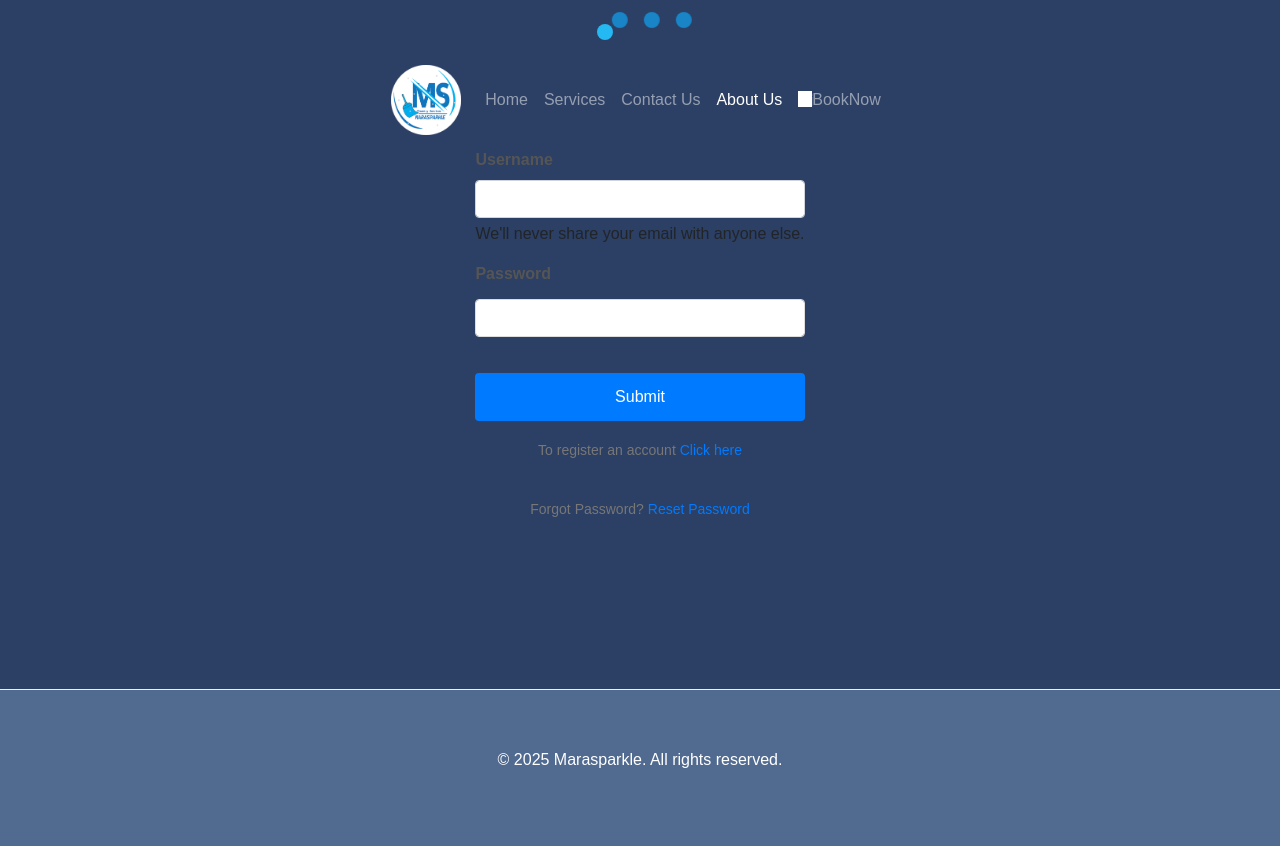
Repository: guineveretim/sparkle
Page: http://localhost/login/
These files come from the project's save history. The page is drawn as it stood at one moment and after the next save; the edit follows.
The browser window is 1280 px wide. The pictures show the whole page.
The page is served by the project's application, run on Django 5.2 (manage.py).

Above is the page before, as saved 2025-03-26 15:00:24.

After the next save:
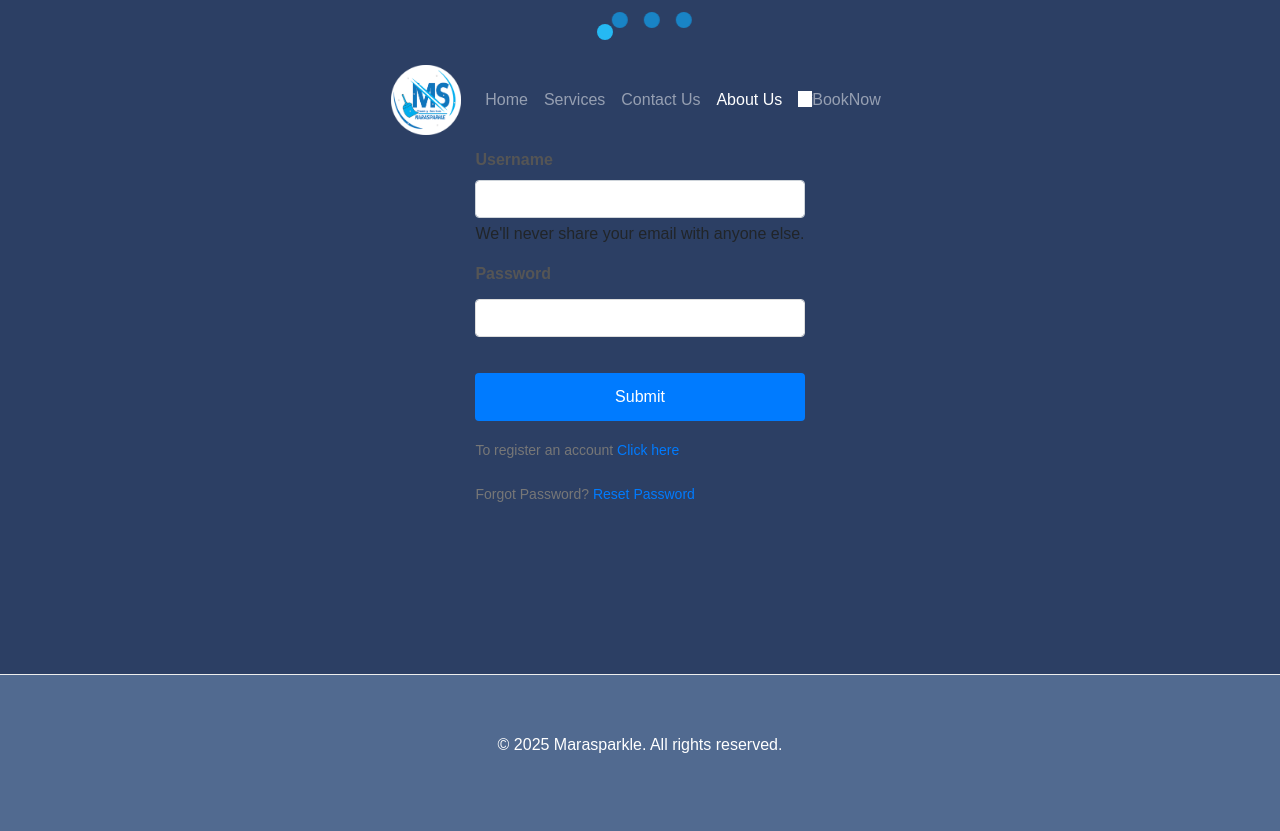
Saved 5 min 9 s later.
--- a/templates/authentication/login.html
+++ b/templates/authentication/login.html
@@ -71,6 +71,7 @@
             </nav>
 
         <!-- ***** Header Area End ***** -->
+ <div class="main-content">
  <form>
     <div class="mb-3">
       <label for="exampleInputEmail1" class="form-label">Username</label>
@@ -94,6 +95,7 @@
     <a href="{% url 'password_reset' %}">Reset Password</a>
 
 </p>
+</div>
 
 
 <footer>
